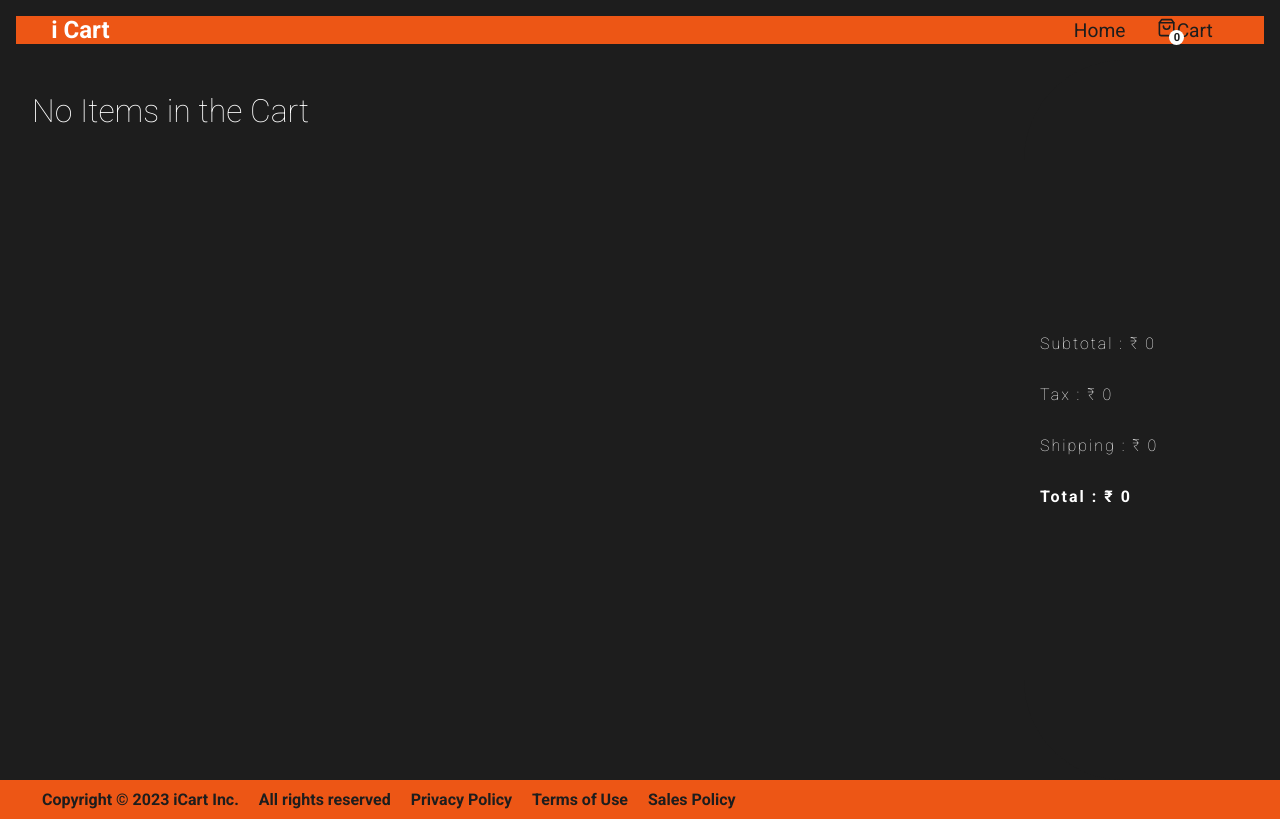
Repository: suraj-yadav7/eCommerce-Cart-React
Page: /cart
An editor plug-in stored every save of this project. The page is shown before and after the next save, followed by the edit.
The browser window is 1280 px wide. The pictures show the whole page.
The project was rebuilt for these pictures with package versions that can differ from the ones it lists, and the page was loaded fresh each time. Also part of the build but not shown: src/Components/Home.jsx.

Above is the page before, as saved 2023-03-31 11:00:45.

### src/index.js
import React from 'react';
import ReactDOM from 'react-dom/client';
import App from './App';
import { Provider } from 'react-redux';
import store from './Redux/store';

const root = ReactDOM.createRoot(document.getElementById('root'));
root.render(
  <React.StrictMode>
    <Provider store={store}>

    <App />
    </Provider>
  </React.StrictMode>
);

### src/App.js
import "./styles/app.scss";
import { BrowserRouter as Router,Routes, Route} from "react-router-dom";
import Header from "./Components/Header"
import Home from "./Components/Home"
import Footer from "./Components/Footer"
import { Toaster } from "react-hot-toast";
import Cart from "./Components/Cart";
function App() {
  return (
<Router>
<Header/>
<Routes>
  <Route path="/" element={<Home/>}/>
  <Route path="/cart" element={<Cart/>} />
</Routes>
<Footer/>
<Toaster/>
</Router>
  );
}

export default App;

### src/Redux/store.jsx
import {configureStore} from "@reduxjs/toolkit"
import { cartReducer } from "./reducer"

const store = configureStore({

    reducer: {
        cart: cartReducer,
    },
})

export default store

### src/styles/app.scss
@import url('https://fonts.googleapis.com/css2?family=Roboto:ital,wght@0,100;0,300;0,400;0,500;0,700;1,700&display=swap');

@import "colors";
@import "header";
@import "home";
@import "cart";
@import "mediaquery";
@import "footer";

*{
    margin:0;
    padding:0;
    box-sizing: border-box;
    text-decoration: none;
    font-family: "Roboto", sans-serif;
}

body{
    background-color: $primary;

}

h1{
    color: $secondary;
}

### src/Components/Header.jsx
import React from 'react'
import { Link } from 'react-router-dom'
import {FiShoppingBag} from "react-icons/fi"
import { useSelector } from 'react-redux'

const Header = () => {
  const {cartItems} = useSelector(state => state.cart)
  return (
 <>
 <nav>
    <h2><Link className='link' to={"/"}> i Cart </Link></h2>
    <div>
        <Link to={"/"}>Home</Link>
        <Link to={"/cart"}><FiShoppingBag/>Cart
        <p>{cartItems.length}</p>
        </Link>
    </div>
 </nav>

 </>
  )
}

export default Header

### src/Components/Footer.jsx
import React from 'react'

const Footer = () => {
  return (
    <>
    <footer>
        <div>
            <h4>Copyright © 2023 iCart Inc.</h4>
            <h4>All rights reserved</h4>
            <h4>Privacy Policy</h4>
            <h4>Terms of Use</h4>
            <h4>Sales Policy</h4>
        </div>
    </footer>
    </>
  )
}

export default Footer

### src/Components/Cart.jsx
import React from "react";
import {AiFillDelete} from "react-icons/ai"
// import img1 from "../Assets/img1.jpg"
import {useDispatch, useSelector} from "react-redux"

const Cart = () =>{
    const {cartItems,subTotal, shipping,tax, total} = useSelector(state => state.cart)
    const dispatch = useDispatch()

    const increment = (id)=>{
        dispatch({
            type:"addToCart",
            payload:{id}
        });
        dispatch({type:"calculate"})
    }

    const decrement = (id)=>{
        dispatch({
            type:"decrement",
            payload: id
        });
        dispatch({type:"calculate"})

    }

    const deleteHandler = (id)=>{
        dispatch({
            type:"deleteHandler",
            payload: id
        });
        dispatch({type:"calculate"})
    }

    return(
        <div className="cart">
            <main>
                {
                cartItems.length>0 ? (
                    cartItems.map(i=>(
                        <CartItem
                        imgSrc={i.imgSrc}
                        price={i.price}
                        name={i.name}
                        qnty={i.quantity}
                        id={i.id}
                        key={i.id}
                        increment={increment}
                        decrement={decrement}
                        deleteHandler={deleteHandler}
                        />
                    ))

                ): <h1>No Items in the Cart</h1>
                }
                </main>
            <aside>
                <h2>Subtotal : ₹ {subTotal}</h2>
                <h2>Tax : ₹ {tax}</h2>
                <h2>Shipping : ₹ {shipping}</h2>
                <h2>Total :  ₹ {total}</h2>
            </aside>
        </div>
    )
}

const CartItem = ({imgSrc,price, name, qnty, decrement, increment, deleteHandler,id}) =>{
return(
<div className="cartItem">
    <img src={imgSrc} alt="#"/>
    <article>
        <h3>{name}</h3>
        <p>${price}</p>
    </article>
    <div>
        <button onClick={()=>decrement(id)}>-</button>
        <p>{qnty}</p>
        <button onClick={()=>increment(id)}>+</button>
    </div>
    <AiFillDelete onClick={()=> deleteHandler(id)}/>
</div>
)
}

export default Cart

### src/Redux/reducer.jsx
import {createReducer} from "@reduxjs/toolkit"

export const cartReducer = createReducer({
    cartItems:[],
    subTotal:0,
    shipping:0,
    tax:0,
    total:0,

},

{
    addToCart : (state,action)=>{
        const item = action.payload;
        const isItemExit = state.cartItems.find(i=>i.id===item.id);
        if(isItemExit){

        if(isItemExit){
            state.cartItems.forEach(i=>{
                if(i.id===item.id) i.quantity += 1
            })
        }

        }
        else{
            state.cartItems.push(item)
        }
    },

    decrement: (state,action)=>{
        const item = state.cartItems.find(i=>i.id===action.payload);
        if(item.quantity>1){
            state.cartItems.forEach((i)=>{
                if(i.id===item.id) i.quantity -=1
            })
        }

    },

    deleteHandler : (state,action)=>{
        state.cartItems = state.cartItems.filter((i) => i.id !==action.payload)

    },
    calculate:(state)=>{
        let sum=0
        state.cartItems.forEach((i)=> (sum +=i.price * i.quantity))
        state.subTotal = sum
        state.shipping =(state.subTotal > 10000? 0 : 20) &&  (state.cartItems.length<=0? 0 : 20);
        state.tax = +(state.subTotal * 0.18).toFixed(); //Here '+' will change string to number
        state.total = state.subTotal + state.shipping+state.tax
    },
});

### src/styles/colors.scss
$primary : rgb(29,29,29);
$primarydark : rgb(18,18,18);
$secondary : rgb(237,86,21);
$secondarydark : rgb(197,72,18);
$tertiary: #ffff;

### src/styles/header.scss
@import "colors";

nav{
    background-color: $secondary;
    display: flex;
    justify-content: space-between;
    padding: 0 2.2rem;
    margin: 1rem;

    >h2{
        cursor: pointer;
        .link{
            color: white;
            text-decoration: none;
        }
    }
    >div{
        display: flex;
        align-items: center;

    >a{
            color:$primary;
            font-size: 1.2rem;
            margin: 0 1rem;
            transition: all 0.3s;
            &:hover{
                opacity: 0.5;
            }
            >p{
                position:absolute;
                background-color: $tertiary;
                border-radius: 50%;
                width: 15px;
                height: 15px;
                font: 900 0.7rem "Roboto";
                display: grid;
                place-items: center;
                transform: translate(80%, -80%);
            }
        }
    }


}

### src/styles/home.scss
@import "colors";
.home{
    display: flex;
    justify-content: center;
    flex-wrap: wrap;
    padding: 3rem;
}

.productCard {
    background-color : $tertiary;
    width: 208px;
    margin: 2rem;
    border-radius : 5px;
    padding: 2rem;
    transition: all 0.5s;
    display: flex;
    flex-direction : column;
    align-items: center;

    img{
        width: 100%;
        height: 100%;
    }

    h4{
        margin: 1;
    }

    button{
        cursor: pointer;
        background-color: $secondary;
        border: none;
        color: $tertiary;
        border-radius: 5px;
        font-weight: 400;
        width: 60%;
        margin: 1rem;
        height: 3rem;
        transition: all 0.5;
        &:hover{
            background-color: $secondarydark;
        }
    }
    &:hover{
        transform: scale(1.1);
    }
}

### src/styles/cart.scss
@import "colors";

.cart{
    display: grid;
    grid-template-columns: 4fr 1fr;
    height: 100vh;
    >main{
        padding: 2rem;
        overflow-y: auto ;
        &::-webkit-scrollbar{
            display: none;
        }
        >h1{
            color: $tertiary;
            font: 100 2rem "Roboto";
        }
    }

    >aside{
        background-color: $primary;
        color: $tertiary;
        height: 100%;
        width: 100%;
        border-radius: 100px 0 0 100px;
        display: flex;
        justify-content: center;
        flex-direction: column;
        box-shadow: -10 0 10 rgba(0,0,0,0.182);
        h2{
            margin: 1rem;
            font: 100 1.0rem "Roboto";
            letter-spacing: 2px;
            &:last-of-type{
                font-weight: 600;
            }
        }
    }
}

.cartItem{
    background-color: $tertiary;
    border-radius: 10px;
    width: 100%;
    margin: 2rem 0;
    padding: 1rem;
    display: grid;
    grid-template-columns: 1fr 3fr 1fr 1fr;
    align-items: center;

    img{
        width: 100%;
        height: 200px;
        object-fit: contain;
    }
    >div{
        display: flex;
        align-items: center;
        height: 100%;

        >button{
            width: 30px;
            height: 30px;
            border: none;
            background-color: $primary;
            color: $tertiary;
            cursor: pointer;
            &:hover{
                background-color: $primary;
            }
        }
        p{
            width: 30px;
            height: 30px;
            display: grid;
            place-items: center;
        }
    }

    svg{
        cursor: pointer;
        font-size: 1.5rem;
        display: inline-block;
        margin: auto;
        &:hover{
            color: $secondary;
        }
    }

}

### src/styles/mediaquery.scss
@import "colors";

@media screen and (max-width: 820px) {
.cart{
    grid-template-columns: 1fr;

>aside{
    padding: 2rem;
    border-radius: 0%;
    >h2{
        font: 100 1.2rem "Roboto"
        }
        }
    }
}

### src/styles/footer.scss
@import "colors";

footer{
    background-color: $secondary;
    display: flex;
    justify-content: space-between;
    padding: 0 2rem;

    >div{
        display: flex;
        justify-content: space-between;


        >h4{
            color: $primary;
            margin: 5px;
            padding: 5px;
            font: 900 1rem "Roboto";
            cursor: pointer;
            transition: all 0.3s;
            &:hover{
                opacity: 0.5;
            }

        }
    }


}

Loaded but not shown: public/index.html (common file)

After the next save:
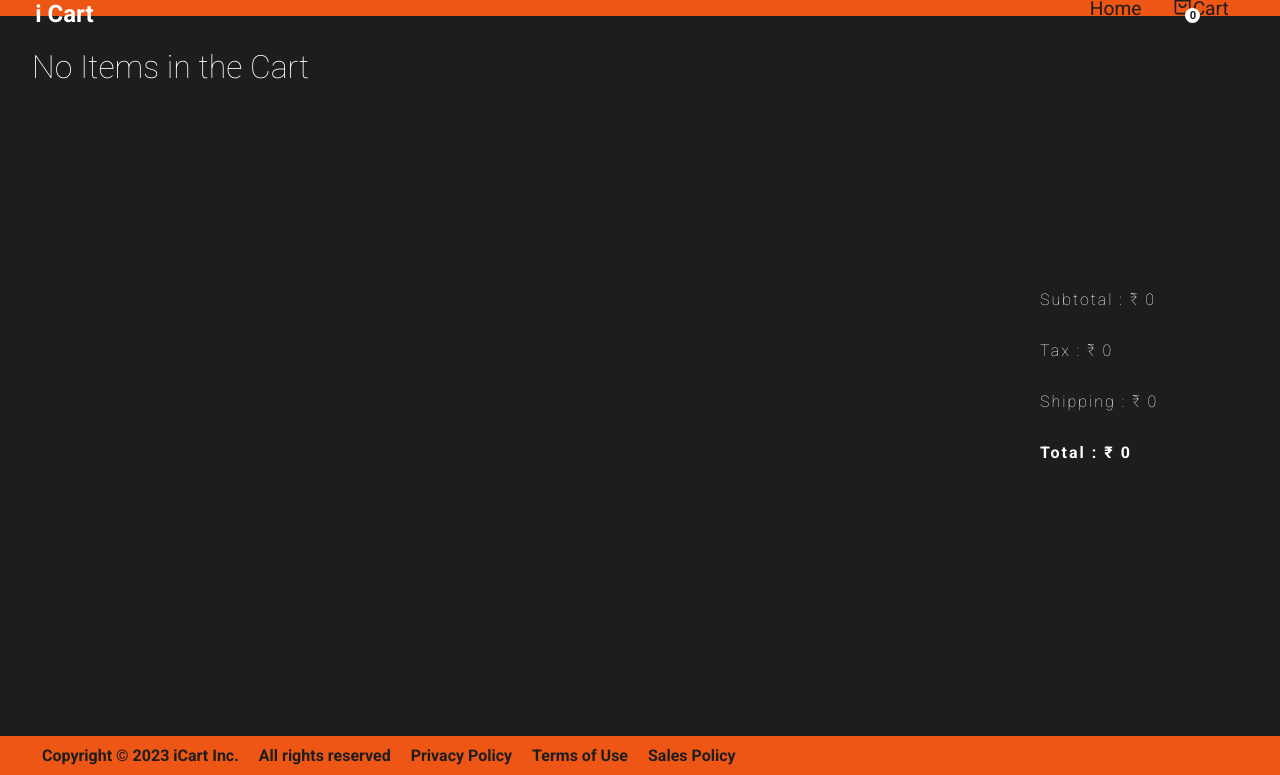
Saved 16 s later.
--- a/src/styles/header.scss
+++ b/src/styles/header.scss
@@ -5,7 +5,7 @@
     display: flex;
     justify-content: space-between;
     padding: 0 2.2rem;
-    margin: 1rem;
+    height: 1rem;
 
     >h2{
         cursor: pointer;
